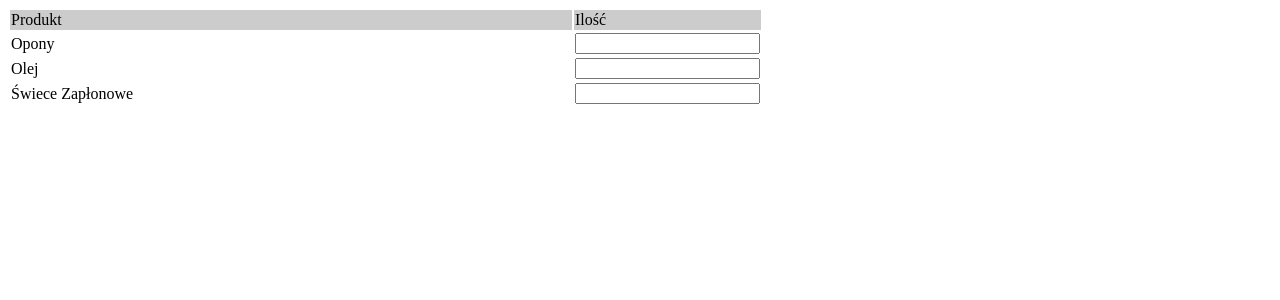
Repository: gabr/workspace
Page: php 001 - formularz/formularz.html
The author's editor kept a copy of each file at every save. The page is drawn from the files as they stood at one save, then again after the next save.
The browser window is 1280 px wide. The pictures show the whole page.

Above is the page before, as saved 2013-02-22 21:14:23.

After the next save:
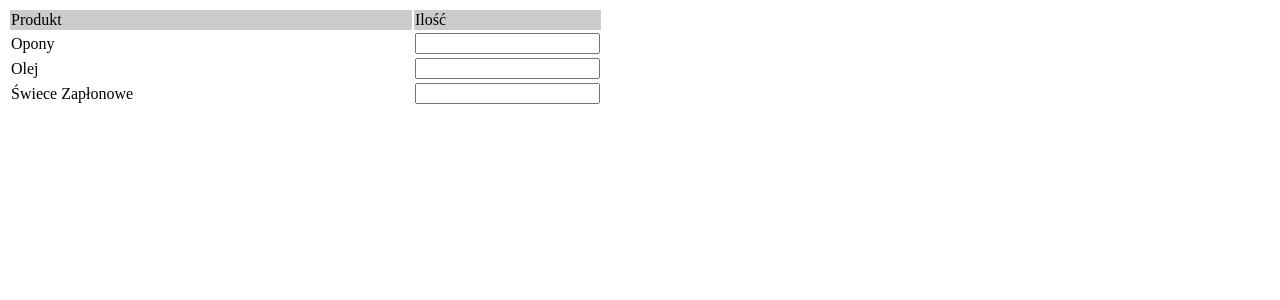
Saved 7 s later.
--- a/php 001 - formularz/style.css
+++ b/php 001 - formularz/style.css
@@ -9,5 +9,5 @@ table {
 }
 
 tr > td:first-child {
-	width: 35em;
+	width: 25em;
 }
